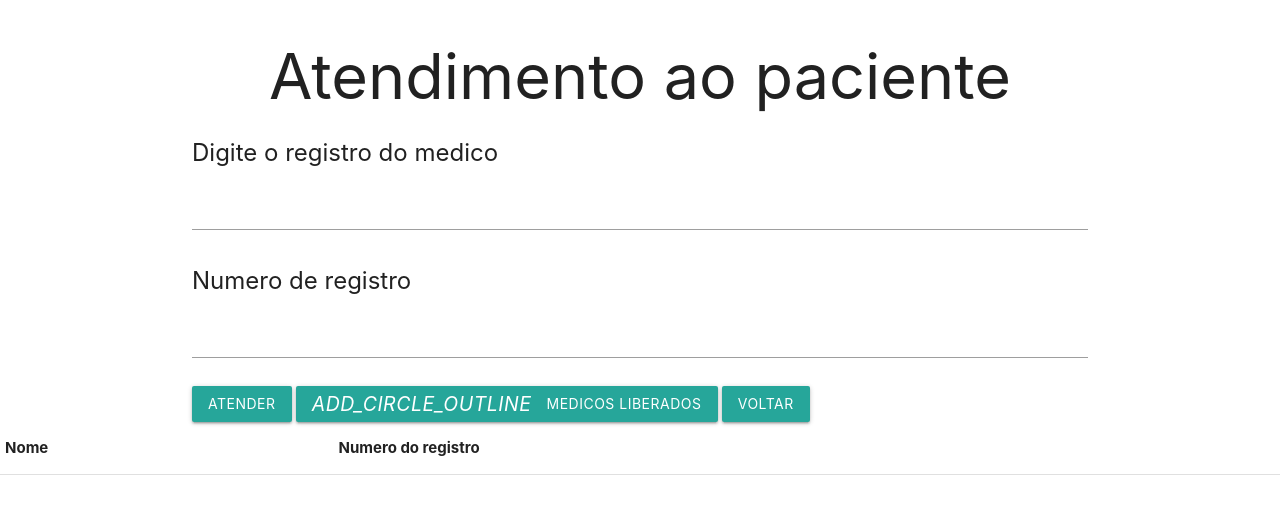
Repository: Greg123-del/hospitalapp
Page: http://localhost/atenderPaciente
These files come from the project's save history. The page is drawn as it stood at one moment and after the next save; the edit follows.
The browser window is 1280 px wide. The pictures show the whole page.
The page is this project's Thymeleaf template; nobody is signed in. The template is opened directly, without the code that normally fills it, so the values that code supplies are empty.

Above is the page before, as saved 2019-09-20 14:26:49.

### Hospital-Backend/hospitalapp/src/main/resources/templates/atenderPaciente.html
<!DOCTYPE html>
<html xmlns:th="http://thymeleaf.org"
	  xmlns:layout="http://www.ultraq.net.nz/thymeleaf/layout">

<head>
	<title>Hospitalapp</title>
	<!--Import Google Icon Font-->
      <link href="https://fonts.googleapis.com/icon?family=Material+Icons" rel="stylesheet"/>
      <!--Import materialize.css-->
      <link type="text/css" rel="stylesheet" href="materialize/css/materialize.min.css"  media="screen,projection"/>
      <link type="text/css" rel="stylesheet" href="materialize/css/materialize.css"  media="screen,projection"/>
</head>
<body>

	<h1 class ="Text-principal">Atendimento ao paciente</h1>
	<form class="container" method = "post">
	<h3 class = "Principal-text">Digite o registro do medico</h3><input type = "text" value="" name="nome"/>
		<div class="row">
				<h3 class = "Principal-text">Numero de registro</h3><input type = "number" value="" name="Num_regi"/>
			</div>
	<button type = "submit" class="waves-effect waves-light btn">Atender</button>
	<a href="/listarMedico" class="waves-effect waves-light btn"><i class="material-icons left">add_circle_outline</i>Medicos Liberados</a>
	<a href="/" class="waves-effect waves-light btn">Voltar</a>


	</form>

	<table>
	<thead>
		<tr>
			<th>Nome</th>
			<th>Numero do registro</th>
		</tr>
	</thead>
	<tbody>
		<tr th:each="medicos : ${medicos}">
			<td><span th:text="${medicos.nome}"></span></td>
			<td><span th:text="${medicos.num_regi}"></span></td>
			</tr>
		</tbody>
	</table>
<script type="text/javascript" src="materialize/js/materialize.min.js"></script>

</body>
</html>

### Hospital-Backend/hospitalapp/src/main/resources/static/materialize/css/materialize.css
h1.Text-principal{
	font-size: 4.2rem;
    line-height: 110%;
    margin: 2.8rem 0 1.68rem 0;
    text-align: center;
}

h3.Principal-buttons{
	    text-align: center;

}


h3.Principal-text {
    font-size: 24px;
}

Loaded but not shown: Hospital-Backend/hospitalapp/src/main/resources/static/materialize/css/materialize.min.css (library); Hospital-Backend/hospitalapp/src/main/resources/static/materialize/js/materialize.min.js (library)

After the next save:
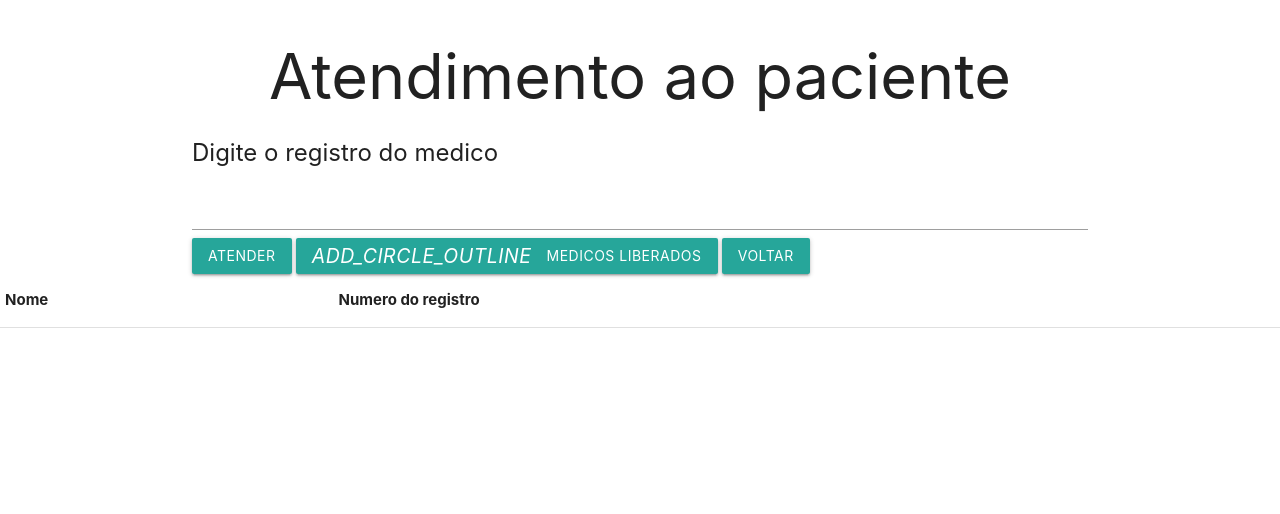
Saved 42 s later.
--- a/Hospital-Backend/hospitalapp/src/main/resources/templates/atenderPaciente.html
+++ b/Hospital-Backend/hospitalapp/src/main/resources/templates/atenderPaciente.html
@@ -15,9 +15,7 @@
 	<h1 class ="Text-principal">Atendimento ao paciente</h1>
 	<form class="container" method = "post">
 	<h3 class = "Principal-text">Digite o registro do medico</h3><input type = "text" value="" name="nome"/>
-		<div class="row">
-				<h3 class = "Principal-text">Numero de registro</h3><input type = "number" value="" name="Num_regi"/>
-			</div>
+
 	<button type = "submit" class="waves-effect waves-light btn">Atender</button>
 	<a href="/listarMedico" class="waves-effect waves-light btn"><i class="material-icons left">add_circle_outline</i>Medicos Liberados</a>
 	<a href="/" class="waves-effect waves-light btn">Voltar</a>
